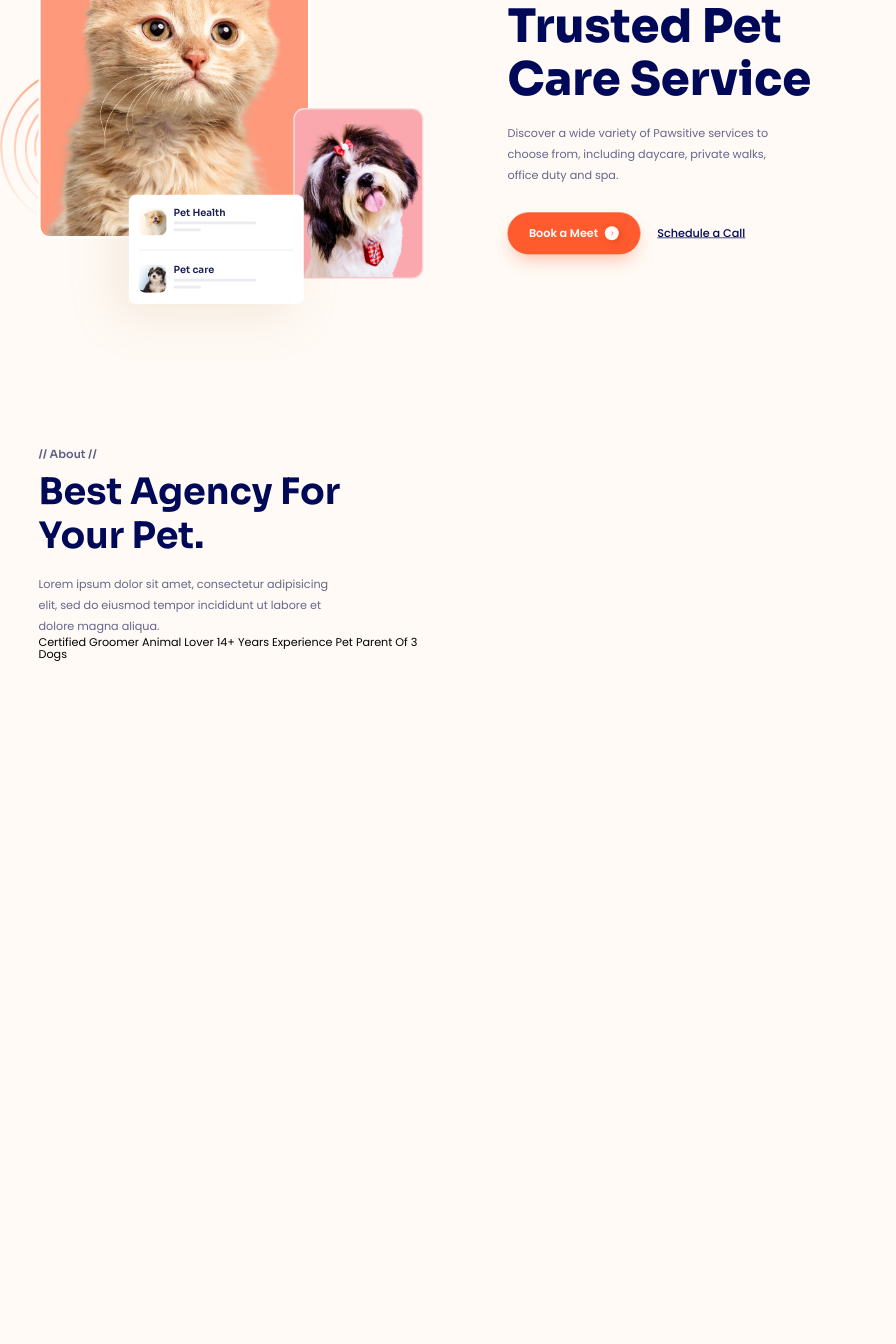
Repository: anhtien111198/f8-htmlcss-04
Page: index.html
An editor plug-in stored every save of this project. The page is shown before and after the next save, followed by the edit.
The browser window is 1280 px wide. The pictures show the part of the page from y = 325 to 2245 px (the page is 5000 px tall), at 70% of full size.

Above is the page before, as saved 2023-05-18 12:37:42.

After the next save:
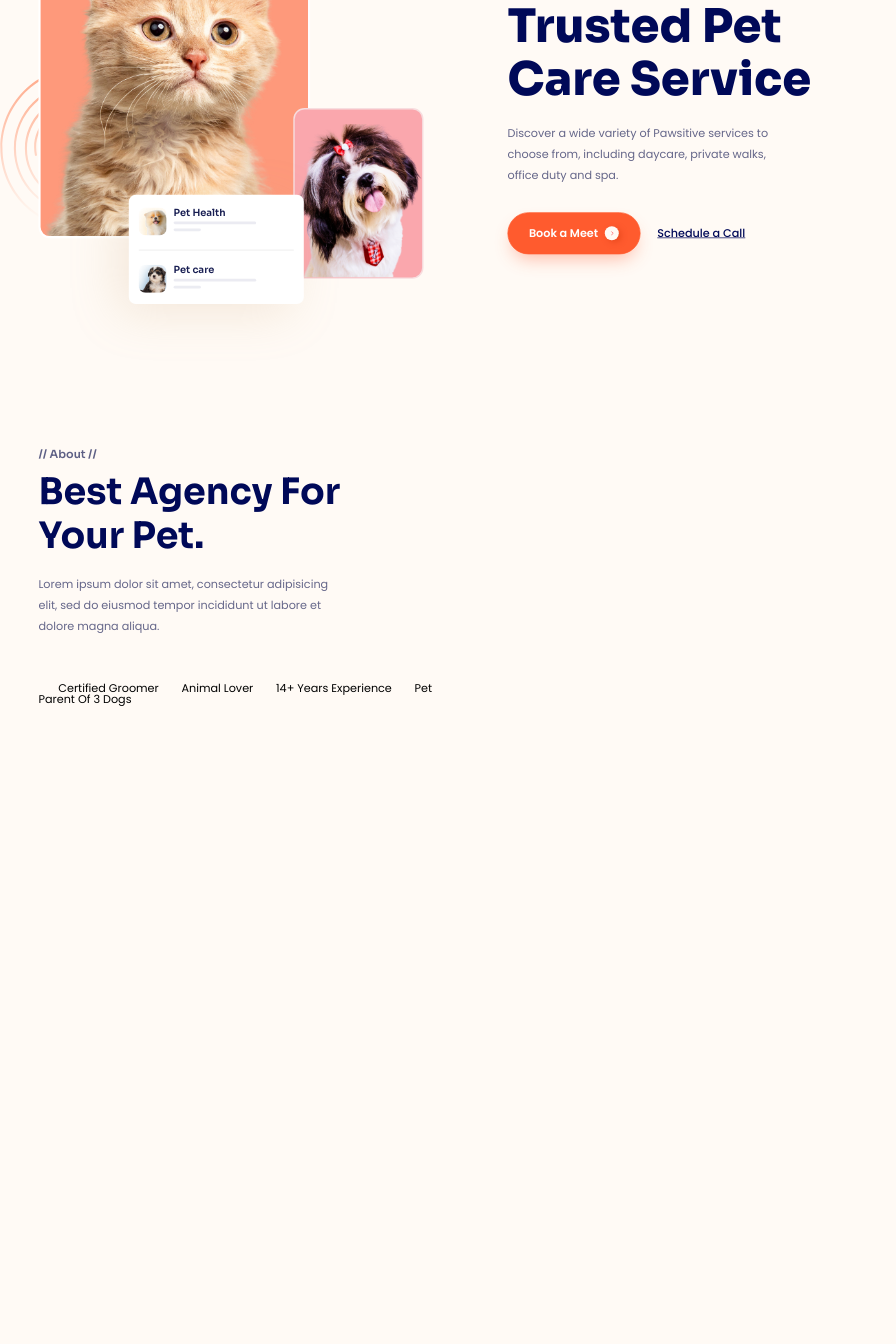
Saved 117 s later.
--- a/assets/css/style.css
+++ b/assets/css/style.css
@@ -273,3 +273,12 @@ select {
 .about__desc {
     width: 444px;
 }
+.about__checklist {
+    margin-top: 54px;
+}
+.about__check-item::before {
+    display: inline-block;
+    content: "";
+    width: 24px;
+    height: 24px;
+}
